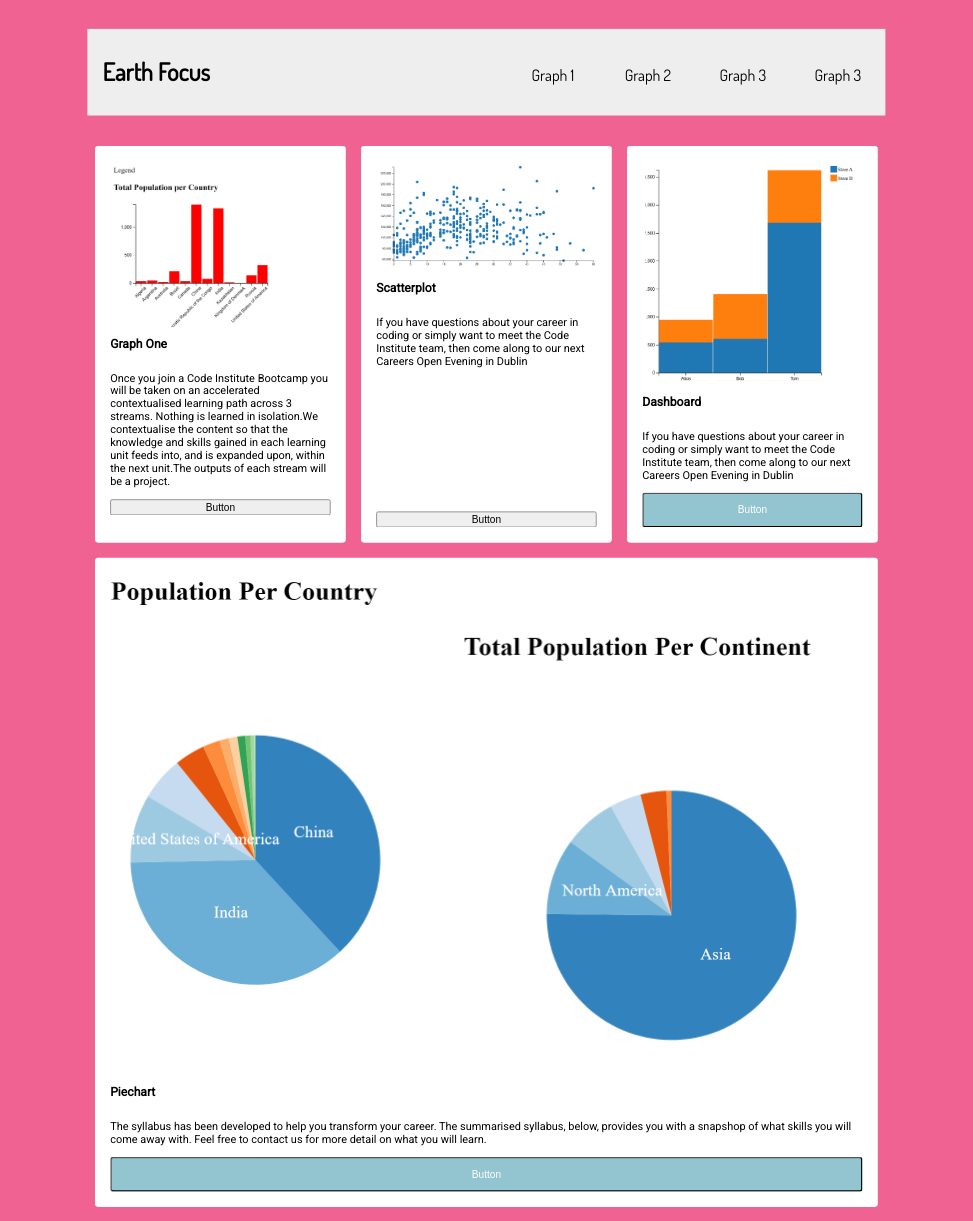
Repository: Code-Institute-Submissions/SOliv1-milestone2_NovResub
Page: index.html
The author's editor kept a record of every edit. The page is drawn from the files as they stood at one moment, then again after the next edit.
The browser window is 1280 px wide. The pictures show the whole page, at 76% of full size.
Some web libraries are served in a nearby version.

Above is the page before.

After the next edit:
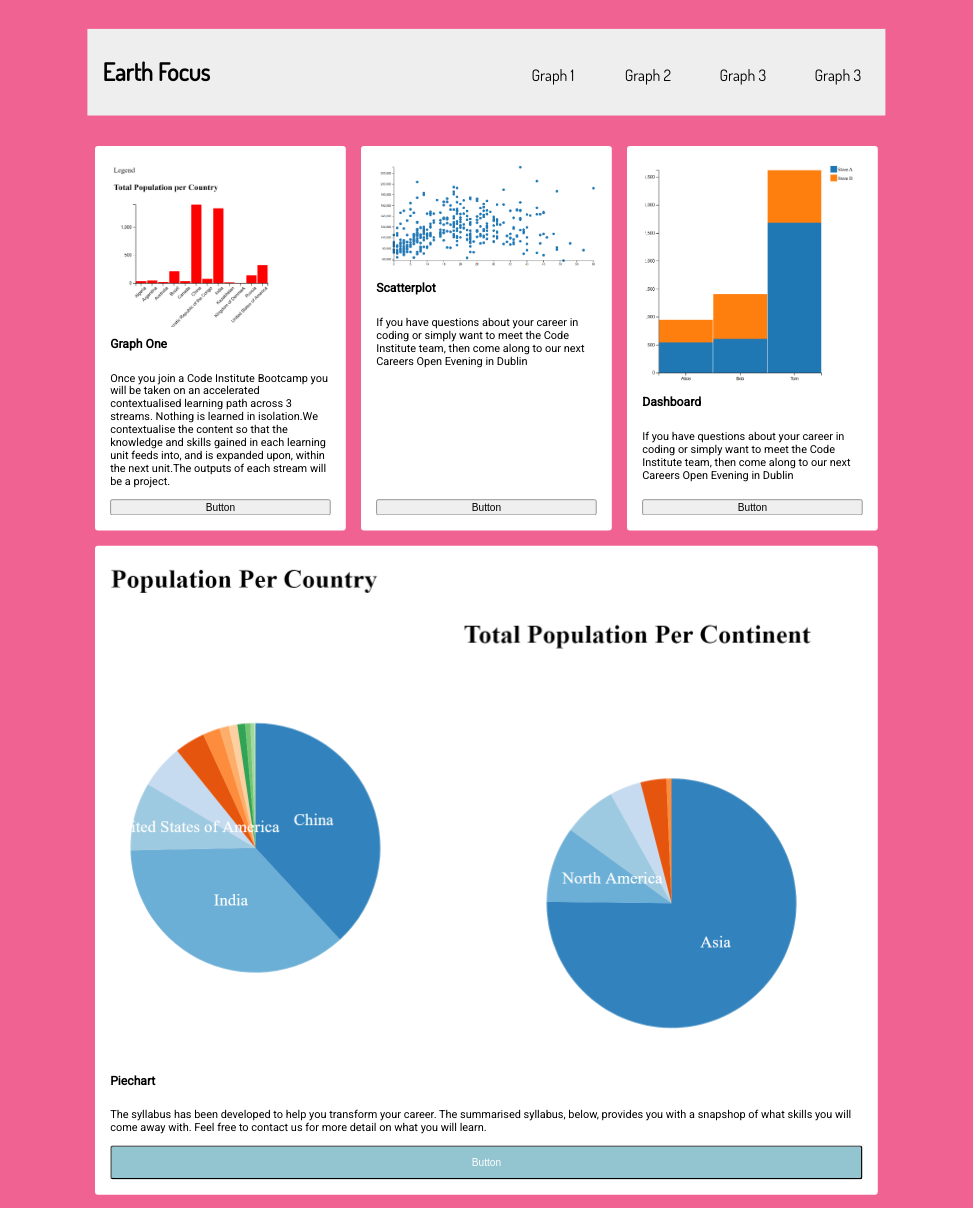
The edit:
--- a/index.html
+++ b/index.html
@@ -39,7 +39,7 @@
             <img class="card_image" src="img/3.png" alt="graph icon">
             <h2 class="card_head">Dashboard</h2>
             <p class="card_para">If you have questions about your career in coding or simply want to meet the Code Institute team, then come along to our next Careers Open Evening in Dublin</p>
-            <button id="button_effects3" class="bottom_button" href="graph2.html">Button</button>
+            <button id="button_effects3" class="graph3_button" href="graph2.html">Button</button>
         </div>
         <div class="card graph4">
          <img class="card_image" src="img/4.png" alt="pie graph">

After the 3 edits that followed:
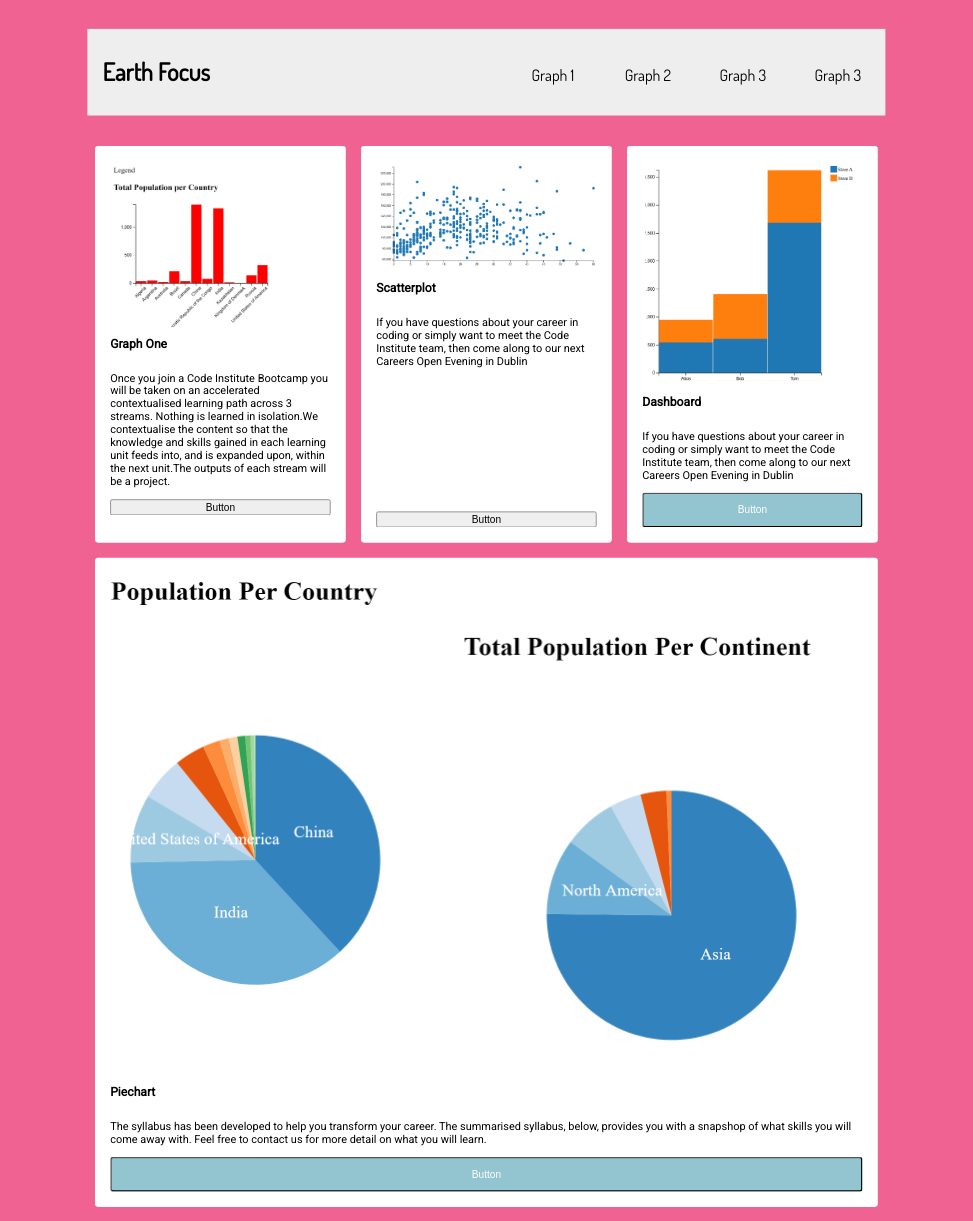
The 3 edits are shown as one change because 2 left the picture as it was.
The edit:
--- a/index.html
+++ b/index.html
@@ -29,17 +29,17 @@
                 <button class="graph1_button" id="button_effects1 href="index.html>Button</button>
             </div>
         </div>
-        <div class="card graph3_btn">
+        <div class="card graph2_btn">
             <img class="card_image" src="img/2.png" alt="scatterplot icon">
             <h2 class="card_head">Scatterplot</h2>
             <p class="card_para">If you have questions about your career in coding or simply want to meet the Code Institute team, then come along to our next Careers Open Evening in Dublin</p>
             <button id="button_effects2" class="graph2_button" href="graph1.html">Button</button>
             </div>
-        <div class="card graph2">
+        <div class="card graph3">
             <img class="card_image" src="img/3.png" alt="graph icon">
             <h2 class="card_head">Dashboard</h2>
             <p class="card_para">If you have questions about your career in coding or simply want to meet the Code Institute team, then come along to our next Careers Open Evening in Dublin</p>
-            <button id="button_effects3" class="graph3_button" href="graph2.html">Button</button>
+            <button id="button_effects3" class="bottom_button" href="graph2.html">Button</button>
         </div>
         <div class="card graph4">
          <img class="card_image" src="img/4.png" alt="pie graph">
